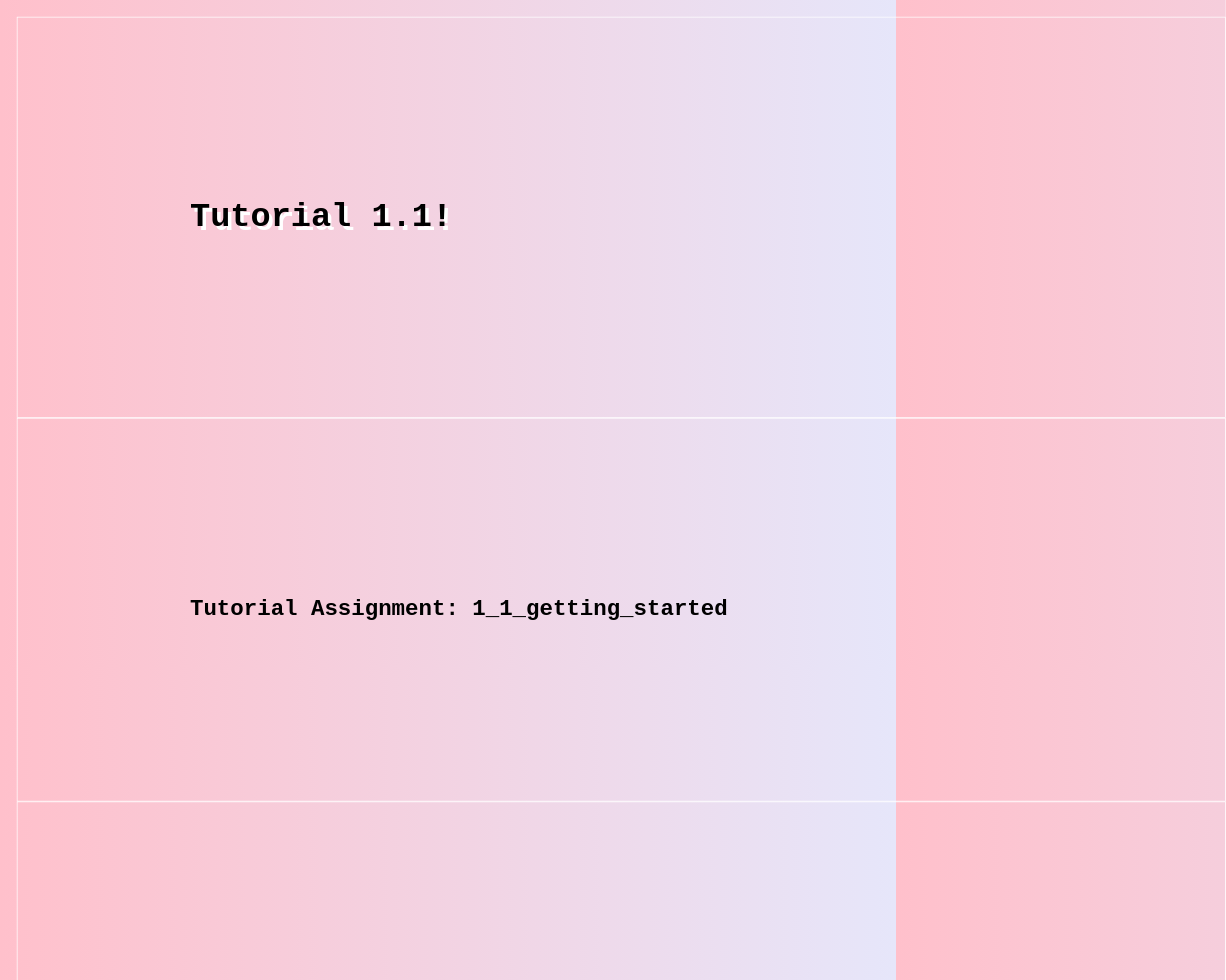
Repository: lisjak/Interactive-Data-Vis-Fall2022
Page: 1_1_getting_started/index.html
The author's editor kept a copy of each file at every save. The page is drawn from the files as they stood at one save, then again after the next save.
The browser window is 1280 px wide. The page is 1751 px wide, so the pictures cover 1751 px, including what lies to the right of the window. The pictures show the part of the page from y = 0 to 1400 px (the page is 1717 px tall before and 2456 px after), at 70% of full size.
Some web fonts or font styles are not loaded; a fallback is used.

Above is the page before, as saved 2022-09-04 21:53:32.

### 1_1_getting_started/index.html
<!DOCTYPE html>

<head>
    <meta charset="utf-8">

    <title>Interactive Data Visualization Tutorial</title>

    <link rel="stylesheet" href="https://fonts.googleapis.com/css?family=Source+Sans+Pro">

    <link href="https://fonts.googleapis.com/css2?family=Azeret+Mono&display=swap" rel="stylesheet">

    <link rel="stylesheet" href="./style.css">
</head>

<body>
    <div>
        <h1>Tutorial 1.1!</h1>
    </div>
    <div>
        <h3>Tutorial Assignment: 1_1_getting_started </h3>
    </div>
    <div>
        <p>Welcome to Interactive Data Visualization Tutorials! </p>
    </div>
</body>

</html>

### 1_1_getting_started/style.css
body {
    background-image: linear-gradient(to right, pink, lavender);
    font-family: 'Azeret Mono', monospace;
    font-size: 16px;
    padding: 1em;
    display: flex;
    flex-direction: column;
}

div {
    min-width: 100%;
    align-items: center;
    justify-content: center;
    border: 1px solid white;
    padding: 20%;
}

h1 {
    font-size: 3em;
    margin: 0.25em 0;
    text-shadow: 5px 5px 0px white;
}

h3 {
    font-size: 2em;
    margin: 0.25em 0;
}

p {
    font-size: 1em;
    color: black;
}

After the next save:
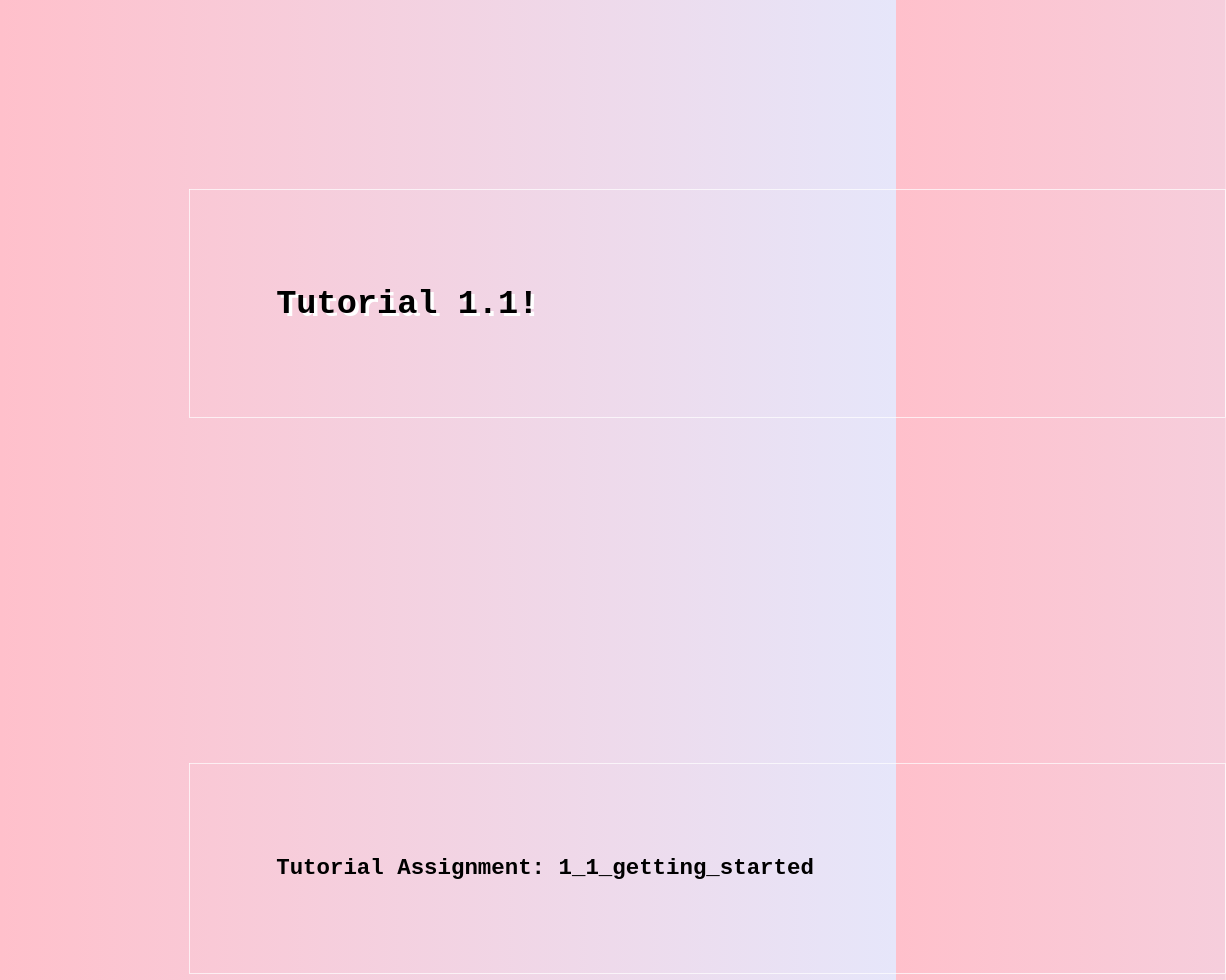
Saved 8 s later.
--- a/1_1_getting_started/style.css
+++ b/1_1_getting_started/style.css
@@ -12,7 +12,8 @@ div {
     align-items: center;
     justify-content: center;
     border: 1px solid white;
-    padding: 20%;
+    padding: 10%;
+    margin: 20%;
 }
 
 h1 {
